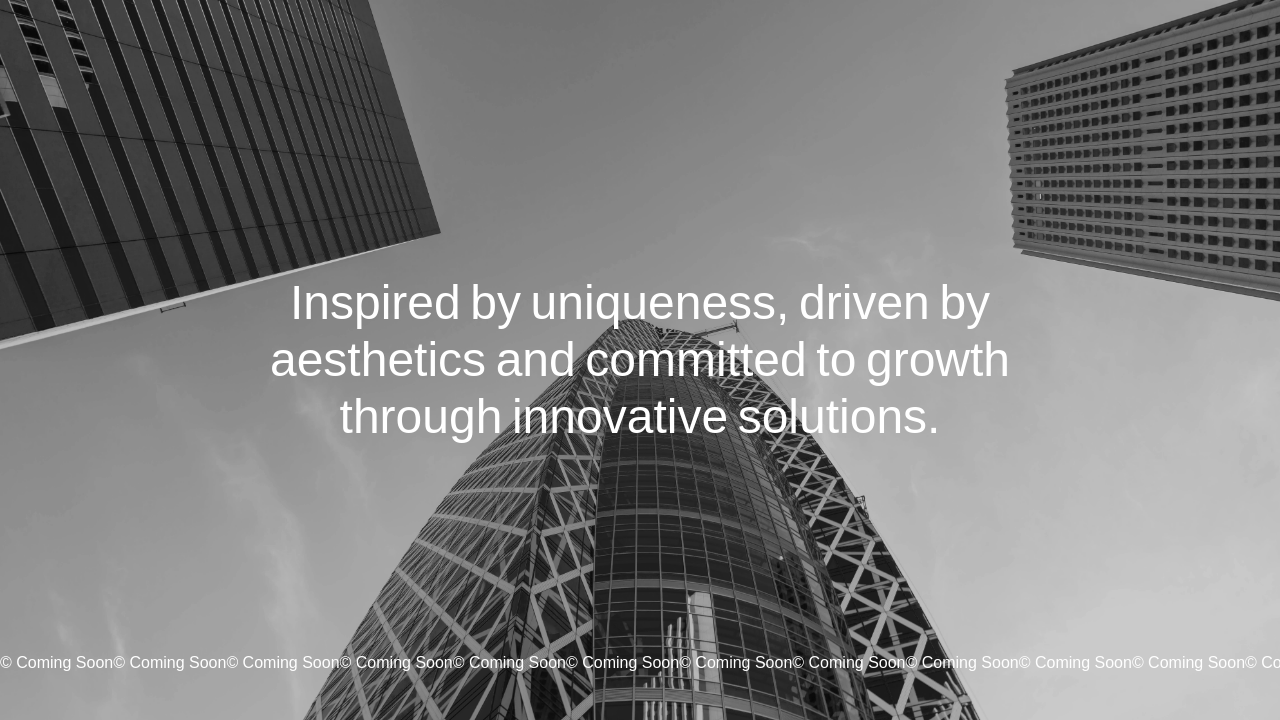
Repository: leswisss/comingsoon
Page: /
These files come from the project's save history. The page is drawn as it stood at one moment and after a run of saves; the edit follows.
The browser window is 1280 px wide. The pictures show the whole page.
Some web fonts or font styles are not loaded; a fallback is used. The project was rebuilt for these pictures with package versions that can differ from the ones it lists, and the page was loaded fresh each time. The framework's server and built-in components were replaced by stand-ins that run in the browser. Also part of the build but not shown: next.config.mjs.

Above is the page before, as saved 2024-06-16 15:19:20.

After the next 8 saves:
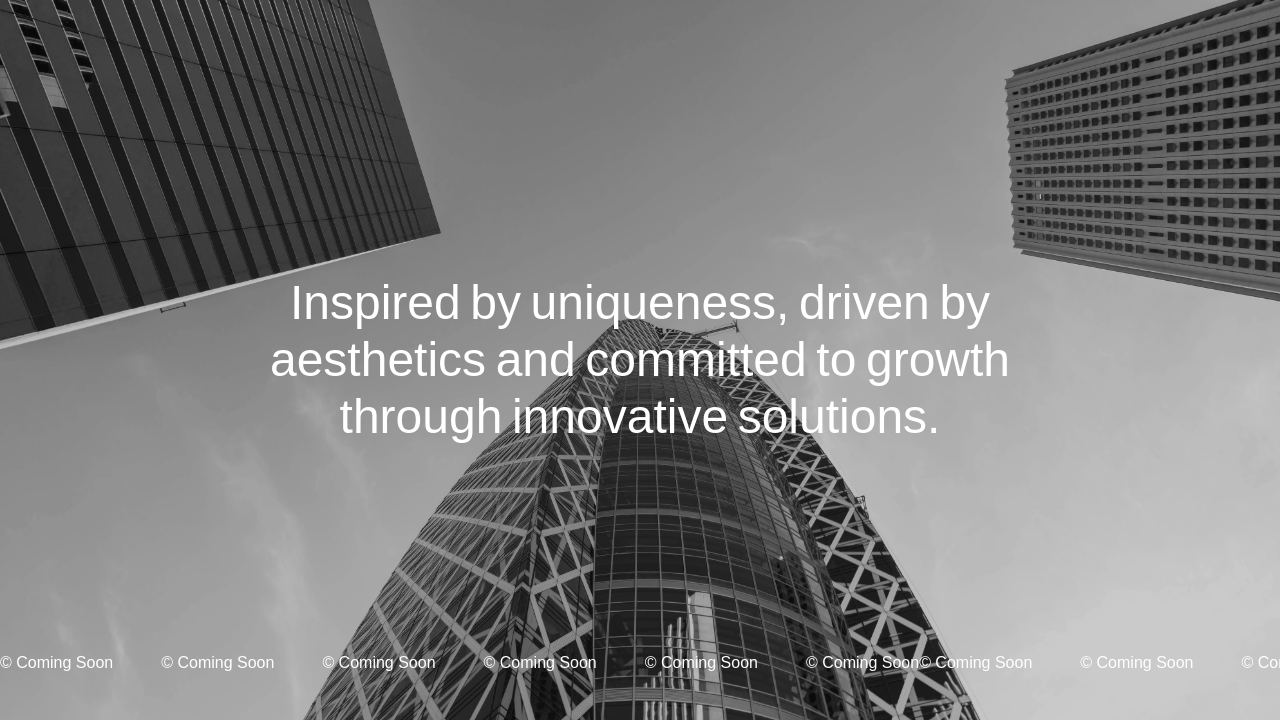
The 8 saves are shown as one change because 3 did not build or start and some came seconds apart.
The last was saved 39 s later.
--- a/styles/marquee.module.scss
+++ b/styles/marquee.module.scss
@@ -6,4 +6,7 @@
 
 .coming__wrapper{
   display: flex;
+  white-space: nowrap;
+  flex-wrap: nowrap;
+  gap: 3rem;
 }

After the save that followed:
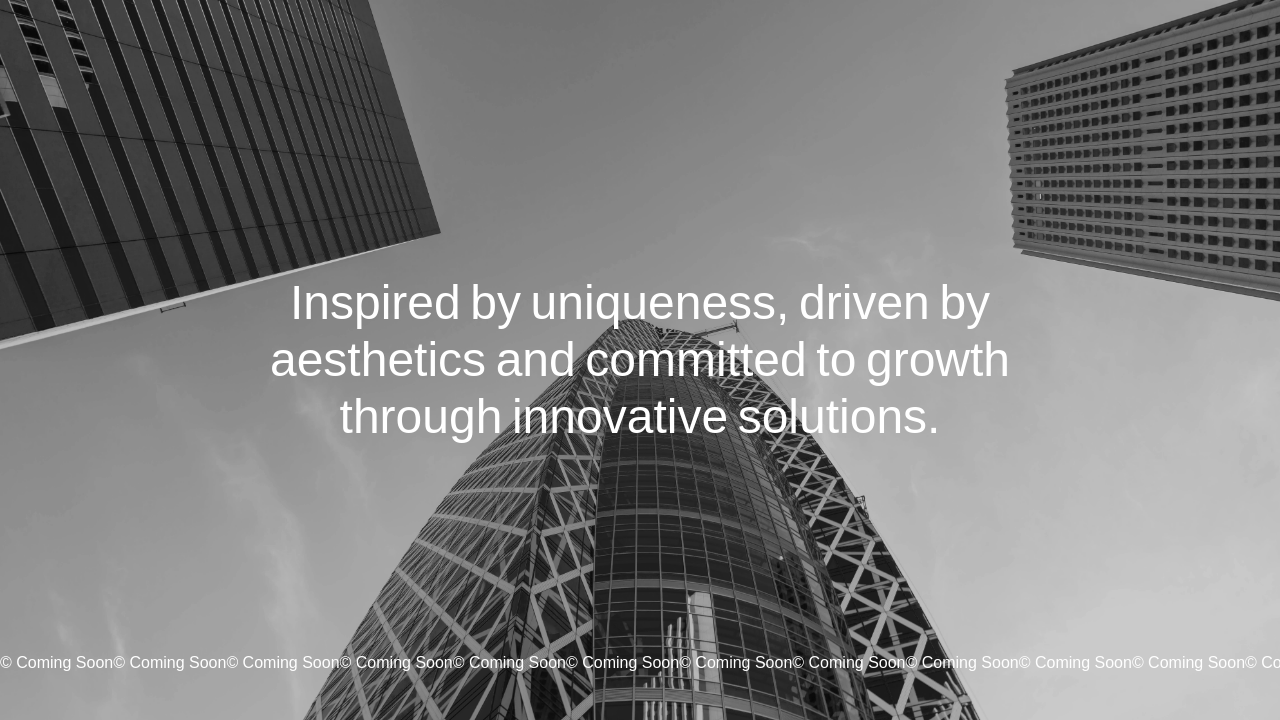
Saved 62 s later.
--- a/styles/marquee.module.scss
+++ b/styles/marquee.module.scss
@@ -8,5 +8,5 @@
   display: flex;
   white-space: nowrap;
   flex-wrap: nowrap;
-  gap: 3rem;
+
 }
